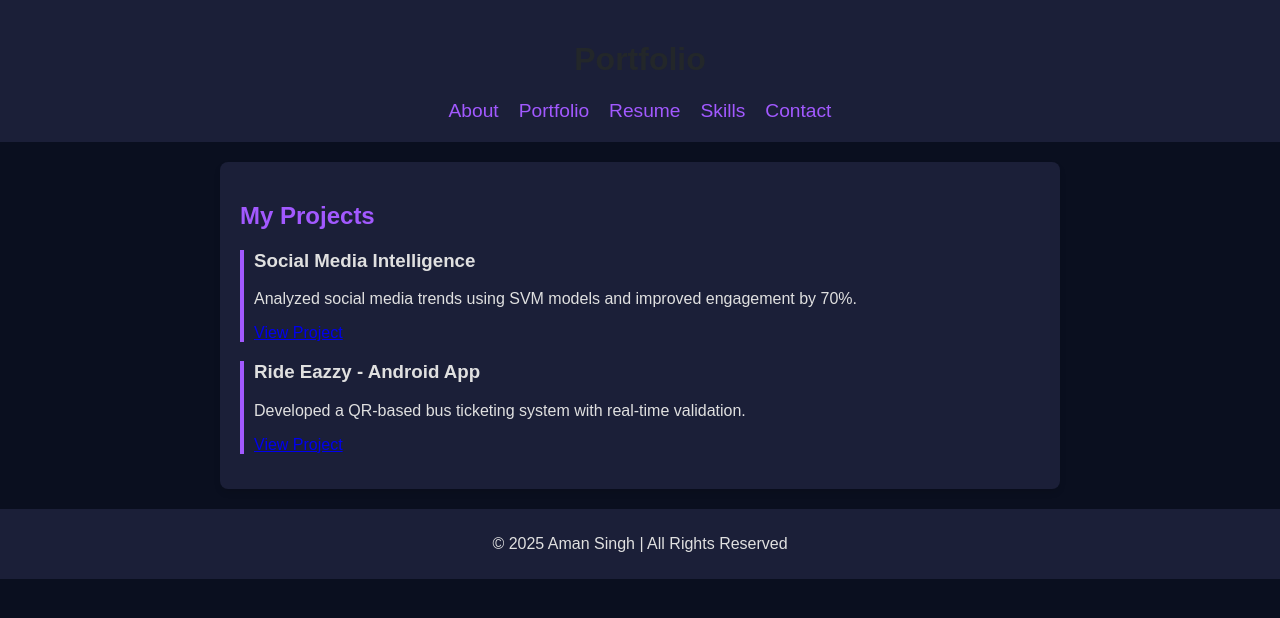
Repository: aman3singh/portfolio
Page: portfolio.html
These files come from the project's save history. The page is drawn as it stood at one moment and after the next save; the edit follows.
The browser window is 1280 px wide. The pictures show the whole page.

Above is the page before, as saved 2025-02-11 18:24:18.

After the next save:
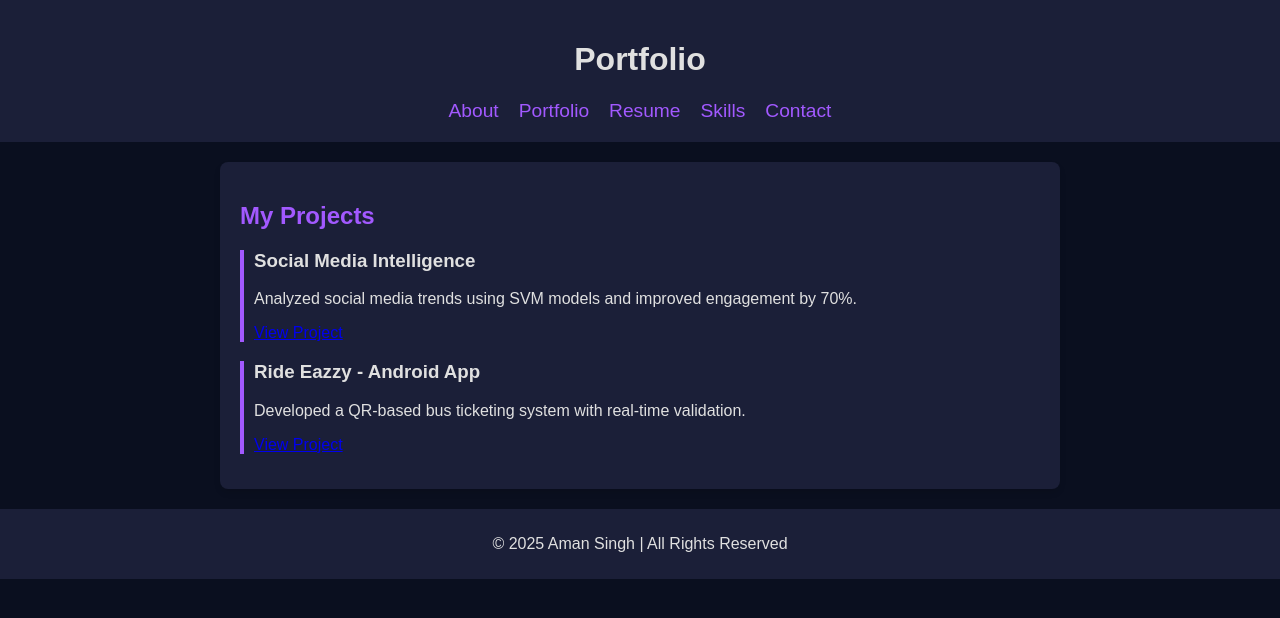
Saved 48 s later.
--- a/styles.css
+++ b/styles.css
@@ -8,7 +8,7 @@ body {
 
 header {
     background-color: #1B1F38;
-    color: 	#23272A;
+    color: 	#E0E0E0;
     text-align: center;
     padding: 20px;
 }
